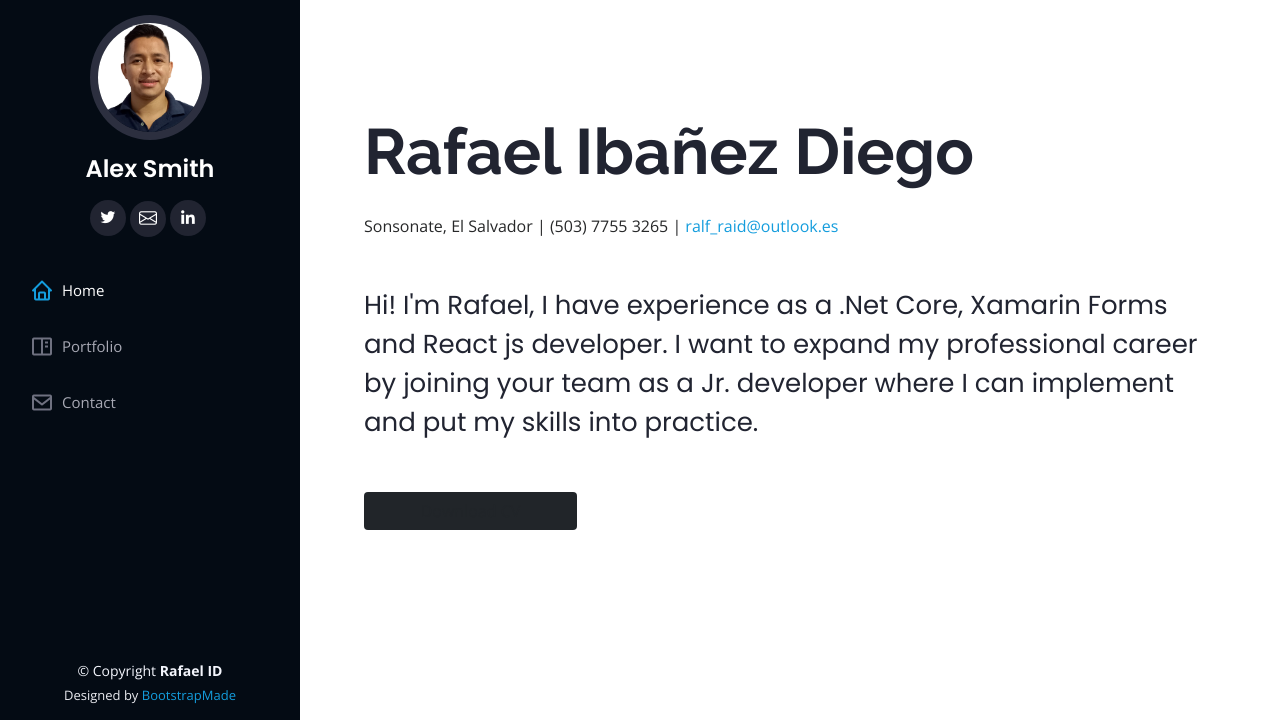
Repository: ralfId/myportfolio
Page: /
These files come from the project's save history. The page is drawn as it stood at one moment and after the next save; the edit follows.
The browser window is 1280 px wide. The pictures show the whole page.
The project was rebuilt for these pictures with package versions that can differ from the ones it lists, and the page was loaded fresh each time. Also part of the build but not shown: src/data/projects.js, src/components/Projects/ProjectItem.js, src/components/Projects/ProjectIndex.js, src/helpers/ProjectById.js, src/components/Projects/ProjectDetail.js.

Above is the page before, as saved 2021-09-20 16:07:40.

### public/index.html
<!DOCTYPE html>
<html lang="en">

<head>
  <meta charset="utf-8" />
  <link rel="icon" href="%PUBLIC_URL%/favicon.ico" />
  <meta name="viewport" content="width=device-width, initial-scale=1" />
  <meta name="theme-color" content="#000000" />
  <meta name="description" content="Web site created using create-react-app" />
  <link rel="apple-touch-icon" href="%PUBLIC_URL%/logo192.png" />
  <link rel="manifest" href="%PUBLIC_URL%/manifest.json" />

  <!-- Google Fonts -->
  <link
    href="https://fonts.googleapis.com/css?family=Open+Sans:300,300i,400,400i,600,600i,700,700i|Raleway:300,300i,400,400i,500,500i,600,600i,700,700i|Poppins:300,300i,400,400i,500,500i,600,600i,700,700i"
    rel="stylesheet">

  <!-- Vendor CSS Files -->
  <link href="vendor/aos/aos.css" rel="stylesheet">
  <link href="vendor/bootstrap/css/bootstrap.min.css" rel="stylesheet">
  <link href="vendor/bootstrap-icons/bootstrap-icons.css" rel="stylesheet">
  <link href="vendor/boxicons/css/boxicons.min.css" rel="stylesheet">
  <link href="vendor/glightbox/css/glightbox.min.css" rel="stylesheet">
  <link href="vendor/swiper/swiper-bundle.min.css" rel="stylesheet">

  <!-- Template Main CSS File -->
  <link href="css/style.css" rel="stylesheet">
  <title>React App</title>

  <!-- =======================================================
  * Template Name: iPortfolio - v3.3.0
  * Template URL: https://bootstrapmade.com/iportfolio-bootstrap-portfolio-websites-template/
  * Author: BootstrapMade.com
  * License: https://bootstrapmade.com/license/
  ======================================================== -->
</head>

<body>
  <noscript>You need to enable JavaScript to run this app.</noscript>
  <div id="root"></div>
  <!--
      This HTML file is a template.
      If you open it directly in the browser, you will see an empty page.

      You can add webfonts, meta tags, or analytics to this file.
      The build step will place the bundled scripts into the <body> tag.

      To begin the development, run `npm start` or `yarn start`.
      To create a production bundle, use `npm run build` or `yarn build`.
    -->
 <!-- Vendor JS Files -->
 <script src="vendor/aos/aos.js" type="text/javascript"></script>
 <script src="vendor/bootstrap/js/bootstrap.bundle.min.js" type="text/javascript"></script>
 <script src="vendor/glightbox/js/glightbox.min.js" type="text/javascript"></script>
 <script src="vendor/isotope-layout/isotope.pkgd.min.js" type="text/javascript"></script>
 <script src="vendor/php-email-form/validate.js" type="text/javascript"></script>
 <script src="vendor/purecounter/purecounter.js" type="text/javascript"></script>
 <script src="vendor/swiper/swiper-bundle.min.js" type="text/javascript"></script>
 <script src="vendor/typed.js/typed.min.js" type="text/javascript"></script>
 <script src="vendor/waypoints/noframework.waypoints.js" type="text/javascript"></script>

 <!-- Template Main JS File -->
 <script src="js/main.js" type="text/javascript"></script>

</body>

</html>

### src/Portfolio.js
import React from 'react';
import { AppRouter } from './routers/AppRouter';

export const Portfolio = () => {


    return (
        <AppRouter />
    )
}

### src/routers/AppRouter.js
import React from "react";
import {
    BrowserRouter as Router,
    Switch,
    Route,
    Redirect
} from "react-router-dom";

import { Home } from "../components/Home";
import { Nav } from "../components/Nav";
import { ProjectIndex } from "../components/Projects/ProjectIndex";
import {ProjectDetail} from "../components/Projects/ProjectDetail"
import { Footer } from "../components/Footer";


export const AppRouter = () => {
    return (
        <Router>
            <Nav />
            <div id="main" >
                <Switch>
                    <Route exact path="/index" component={Home} />
                    {/* <Route exact path="/about" component={About}/> */}
                    <Route exact path="/portfolio" component={ProjectIndex} />
                    <Route exact path="/item/:Id" component={ProjectDetail} />
                    <Redirect to="/index" />
                </Switch>
            </div>
            <Footer/>
        </Router>
    )
}

### src/components/Footer.js
import React from 'react';

export const Footer = ()=>{
    return(

      <footer id="footer">
      <div className="container">
        <div className="copyright">
          &copy; Copyright <strong><span>Rafael ID</span></strong>
        </div>
        <div className="credits"> Designed by <a href="https://bootstrapmade.com/">BootstrapMade</a>
        </div>
      </div>
    </footer>
    )
}

### public/css/style.css
/**
* Template Name: iPortfolio - v3.3.0
* Template URL: https://bootstrapmade.com/iportfolio-bootstrap-portfolio-websites-template/
* Author: BootstrapMade.com
* License: https://bootstrapmade.com/license/
*/

/*--------------------------------------------------------------
# General
--------------------------------------------------------------*/
body {
  font-family: "Open Sans", sans-serif;
  color: #272829;
}

a {
  color: #149ddd;
  text-decoration: none;
}

a:hover {
  color: #37b3ed;
  text-decoration: none;
}

h1, h2, h3, h4, h5, h6 {
  font-family: "Raleway", sans-serif;
}

/*--------------------------------------------------------------
# Back to top button
--------------------------------------------------------------*/
.back-to-top {
  position: fixed;
  visibility: hidden;
  opacity: 0;
  right: 15px;
  bottom: 15px;
  z-index: 996;
  background: #149ddd;
  width: 40px;
  height: 40px;
  border-radius: 50px;
  transition: all 0.4s;
}

.back-to-top i {
  font-size: 28px;
  color: #fff;
  line-height: 0;
}

.back-to-top:hover {
  background: #2eafec;
  color: #fff;
}

.back-to-top.active {
  visibility: visible;
  opacity: 1;
}

/*--------------------------------------------------------------
# Header
--------------------------------------------------------------*/
#header {
  position: fixed;
  top: 0;
  left: 0;
  bottom: 0;
  width: 300px;
  transition: all ease-in-out 0.5s;
  z-index: 9997;
  transition: all 0.5s;
  padding: 0 15px;
  background: #040b14;
  overflow-y: auto;
}

#header .profile img {
  margin: 15px auto;
  display: block;
  width: 120px;
  border: 8px solid #2c2f3f;
}

#header .profile h1 {
  font-size: 24px;
  margin: 0;
  padding: 0;
  font-weight: 600;
  -moz-text-align-last: center;
  text-align-last: center;
  font-family: "Poppins", sans-serif;
}

#header .profile h1 a, #header .profile h1 a:hover {
  color: #fff;
  text-decoration: none;
}

#header .profile .social-links a {
  font-size: 18px;
  display: inline-block;
  background: #212431;
  color: #fff;
  line-height: 1;
  padding: 8px 0;
  margin-right: 4px;
  border-radius: 50%;
  text-align: center;
  width: 36px;
  height: 36px;
  transition: 0.3s;
}

#header .profile .social-links a:hover {
  background: #149ddd;
  color: #fff;
  text-decoration: none;
}

#main {
  margin-left: 300px;
}

@media (max-width: 1199px) {
  #header {
    left: -300px;
  }
  #main {
    margin-left: 0;
  }
}

/*--------------------------------------------------------------
# Navigation Menu
--------------------------------------------------------------*/
/* Desktop Navigation */
.nav-menu {
  padding: 30px 0 0 0;
}

.nav-menu * {
  margin: 0;
  padding: 0;
  list-style: none;
}

.nav-menu > ul > li {
  position: relative;
  white-space: nowrap;
}

.nav-menu a, .nav-menu a:focus {
  display: flex;
  align-items: center;
  color: #a8a9b4;
  padding: 12px 15px;
  margin-bottom: 8px;
  transition: 0.3s;
  font-size: 15px;
}

.nav-menu a i, .nav-menu a:focus i {
  font-size: 24px;
  padding-right: 8px;
  color: #6f7180;
}

.nav-menu a:hover, .nav-menu .active, .nav-menu .active:focus, .nav-menu li:hover > a {
  text-decoration: none;
  color: #fff;
}

.nav-menu a:hover i, .nav-menu .active i, .nav-menu .active:focus i, .nav-menu li:hover > a i {
  color: #149ddd;
}

/* Mobile Navigation */
.mobile-nav-toggle {
  position: fixed;
  right: 15px;
  top: 15px;
  z-index: 9998;
  border: 0;
  font-size: 24px;
  transition: all 0.4s;
  outline: none !important;
  background-color: #149ddd;
  color: #fff;
  width: 40px;
  height: 40px;
  display: inline-flex;
  align-items: center;
  justify-content: center;
  line-height: 0;
  border-radius: 50px;
  cursor: pointer;
}

.mobile-nav-active {
  overflow: hidden;
}

.mobile-nav-active #header {
  left: 0;
}

/*--------------------------------------------------------------
# Hero Section
--------------------------------------------------------------*/
#hero {
  width: 100%;
  height: 100vh;
  /* background: url("../img/hero-bg.jpg") top center; */
  background-size: cover;

}

/* #hero:before {
  content: "";
  /* background: rgba(5, 13, 24, 0.3); */
  /* position: absolute;
  bottom: 0;
  top: 0;
  left: 0;
  right: 0;
  z-index: 1;
} */ */

#hero .hero-container {
  position: relative;
  z-index: 2;
  min-width: 300px;
}

#hero h1 {
  margin: 0 0 10px 0;
  font-size: 64px;
  font-weight: 700;
  line-height: 56px;
  color: #212431;
}

#hero p {
  color: #212431;
  margin-bottom: 50px;
  font-size: 26px;
  font-family: "Poppins", sans-serif;
}

#hero p span {
  color: #212431;
  padding-bottom: 4px;
  letter-spacing: 1px;
  border-bottom: 3px solid #149ddd;
}

@media (min-width: 1024px) {
  #hero {
    background-attachment: fixed;
  }
}

@media (max-width: 768px) {
  #hero h1 {
    font-size: 28px;
    line-height: 36px;
  }
  #hero h2 {
    font-size: 18px;
    line-height: 24px;
    margin-bottom: 30px;
  }
}

/*--------------------------------------------------------------
# Sections General
--------------------------------------------------------------*/
section {
  padding: 60px 0;
  overflow: hidden;
}

.section-bg {
  background: #f5f8fd;
}

.section-title {
  padding-bottom: 30px;
}

.section-title h2 {
  font-size: 32px;
  font-weight: bold;
  margin-bottom: 20px;
  padding-bottom: 20px;
  position: relative;
  color: #173b6c;
}

.section-title h2::after {
  content: '';
  position: absolute;
  display: block;
  width: 50px;
  height: 3px;
  background: #149ddd;
  bottom: 0;
  left: 0;
}

.section-title p {
  margin-bottom: 0;
}

/*--------------------------------------------------------------
# About
--------------------------------------------------------------*/
.about .content h3 {
  font-weight: 700;
  font-size: 26px;
  color: #173b6c;
}

.about .content ul {
  list-style: none;
  padding: 0;
}

.about .content ul li {
  margin-bottom: 20px;
  display: flex;
  align-items: center;
}

.about .content ul strong {
  margin-right: 10px;
}

.about .content ul i {
  font-size: 16px;
  margin-right: 5px;
  color: #149ddd;
  line-height: 0;
}

.about .content p:last-child {
  margin-bottom: 0;
}

/*--------------------------------------------------------------
# Facts
--------------------------------------------------------------*/
.facts {
  padding-bottom: 30px;
}

.facts .count-box {
  padding: 30px;
  width: 100%;
}

.facts .count-box i {
  display: block;
  font-size: 44px;
  color: #149ddd;
  float: left;
  line-height: 0;
}

.facts .count-box span {
  font-size: 48px;
  line-height: 40px;
  display: block;
  font-weight: 700;
  color: #050d18;
  margin-left: 60px;
}

.facts .count-box p {
  padding: 15px 0 0 0;
  margin: 0 0 0 60px;
  font-family: "Raleway", sans-serif;
  font-size: 14px;
  color: #122f57;
}

.facts .count-box a {
  font-weight: 600;
  display: block;
  margin-top: 20px;
  color: #122f57;
  font-size: 15px;
  font-family: "Poppins", sans-serif;
  transition: ease-in-out 0.3s;
}

.facts .count-box a:hover {
  color: #1f5297;
}

/*--------------------------------------------------------------
# Akills
--------------------------------------------------------------*/
.skills .progress {
  height: 60px;
  display: block;
  background: none;
  border-radius: 0;
}

.skills .progress .skill {
  padding: 0;
  margin: 0 0 6px 0;
  text-transform: uppercase;
  display: block;
  font-weight: 600;
  font-family: "Poppins", sans-serif;
  color: #050d18;
}

.skills .progress .skill .val {
  float: right;
  font-style: normal;
}

.skills .progress-bar-wrap {
  background: #dce8f8;
  height: 10px;
}

.skills .progress-bar {
  width: 1px;
  height: 10px;
  transition: .9s;
  background-color: #149ddd;
}

/*--------------------------------------------------------------
# Resume
--------------------------------------------------------------*/
.resume .resume-title {
  font-size: 26px;
  font-weight: 700;
  margin-top: 20px;
  margin-bottom: 20px;
  color: #050d18;
}

.resume .resume-item {
  padding: 0 0 20px 20px;
  margin-top: -2px;
  border-left: 2px solid #1f5297;
  position: relative;
}

.resume .resume-item h4 {
  line-height: 18px;
  font-size: 18px;
  font-weight: 600;
  text-transform: uppercase;
  font-family: "Poppins", sans-serif;
  color: #050d18;
  margin-bottom: 10px;
}

.resume .resume-item h5 {
  font-size: 16px;
  background: #e4edf9;
  padding: 5px 15px;
  display: inline-block;
  font-weight: 600;
  margin-bottom: 10px;
}

.resume .resume-item ul {
  padding-left: 20px;
}

.resume .resume-item ul li {
  padding-bottom: 10px;
}

.resume .resume-item:last-child {
  padding-bottom: 0;
}

.resume .resume-item::before {
  content: "";
  position: absolute;
  width: 16px;
  height: 16px;
  border-radius: 50px;
  left: -9px;
  top: 0;
  background: #fff;
  border: 2px solid #1f5297;
}

/*--------------------------------------------------------------
# Portfolio
--------------------------------------------------------------*/
.portfolio .portfolio-item {
  margin-bottom: 1rem;
}

.portfolio #portfolio-flters {
  padding: 0;
  margin: 0 auto 35px auto;
  list-style: none;
  text-align: center;
  background: #fff;
  border-radius: 50px;
  padding: 2px 15px;
}

.portfolio #portfolio-flters li {
  cursor: pointer;
  display: inline-block;
  padding: 10px 15px 8px 15px;
  font-size: 14px;
  font-weight: 600;
  line-height: 1;
  text-transform: uppercase;
  color: #272829;
  margin-bottom: 5px;
  transition: all 0.3s ease-in-out;
}

.portfolio #portfolio-flters li:hover, .portfolio #portfolio-flters li.filter-active {
  color: #149ddd;
}

.portfolio #portfolio-flters li:last-child {
  margin-right: 0;
}

.portfolio .portfolio-wrap {
  transition: 0.3s;
  position: relative;
  overflow: hidden;
  z-index: 1;
}

/* .portfolio .portfolio-wrap::before {
  content: "";
  position: absolute;
  left: 0;
  right: 0;
  top: 0;
  bottom: 0;
  transition: all ease-in-out 0.3s;
  z-index: 2;
  opacity: 0;
} */

.portfolio .portfolio-wrap:hover img {
  transform: scale(1.3);
  transition: all 1s;
  display: block;
  overflow: hidden;
}

.portfolio .portfolio-wrap .portfolio-links {
  opacity: 1;
  left: 0;
  right: 0;
  bottom: -60px;
  z-index: 3;
  position: absolute;
  transition: all ease-in-out 0.3s;
  display: flex;
  justify-content: center;
}

.portfolio .portfolio-wrap .portfolio-links a {
  color: #fff;
  font-size: 28px;
  text-align: center;
  background: rgba(20, 157, 221, 0.75);
  transition: 0.3s;
  width: 50%;
}

.portfolio .portfolio-wrap .portfolio-links a:hover {
  background: rgba(20, 157, 221, 0.95);
}

.portfolio .portfolio-wrap .portfolio-links a + a {
  border-left: 1px solid #37b3ed;
}

.portfolio .portfolio-wrap:hover::before {
  top: 0;
  left: 0;
  right: 0;
  bottom: 0;
  opacity: 1;
}

.portfolio .portfolio-wrap:hover .portfolio-links {
  opacity: 1;
  bottom: 0;
}

/*--------------------------------------------------------------
# Portfolio Details
--------------------------------------------------------------*/
/* .portfolio-details {
  padding-top: 10px;
} */

.portfolio-details .portfolio-details-slider img {
  width: 100%;
}

.portfolio-details .portfolio-details-slider .swiper-pagination {
  margin-top: 20px;
  position: relative;
}

.portfolio-details .portfolio-details-slider .swiper-pagination .swiper-pagination-bullet {
  width: 12px;
  height: 12px;
  background-color: #fff;
  opacity: 1;
  border: 1px solid #149ddd;
}

.portfolio-details .portfolio-details-slider .swiper-pagination .swiper-pagination-bullet-active {
  background-color: #149ddd;
}

.portfolio-details .portfolio-info {
  padding: 30px;
  box-shadow: 0px 0 30px rgba(5, 13, 24, 0.08);
}

.portfolio-details .portfolio-info h3 {
  font-size: 22px;
  font-weight: 700;
  margin-bottom: 20px;
  padding-bottom: 20px;
  border-bottom: 1px solid #eee;
}

.portfolio-details .portfolio-info ul {
  list-style: none;
  padding: 0;
  font-size: 15px;
}

.portfolio-details .portfolio-info ul li + li {
  margin-top: 10px;
}

.portfolio-details .portfolio-description {
  padding-top: 30px;
}

.portfolio-details .portfolio-description h2 {
  font-size: 26px;
  font-weight: 700;
  margin-bottom: 20px;
}

.portfolio-details .portfolio-description p {
  padding: 0;
}

/*--------------------------------------------------------------
# Services
--------------------------------------------------------------*/
.services .icon-box {
  margin-bottom: 20px;
}

.services .icon {
  float: left;
  display: flex;
  align-items: center;
  justify-content: center;
  width: 54px;
  height: 54px;
  background: #149ddd;
  border-radius: 50%;
  transition: 0.5s;
  border: 1px solid #149ddd;
}

.services .icon i {
  color: #fff;
  font-size: 24px;
  line-height: 0;
}

.services .icon-box:hover .icon {
  background: #fff;
}

.services .icon-box:hover .icon i {
  color: #149ddd;
}

.services .title {
  margin-left: 80px;
  font-weight: 700;
  margin-bottom: 15px;
  font-size: 18px;
}

.services .title a {
  color: #343a40;
}

.services .title a:hover {
  color: #149ddd;
}

.services .description {
  margin-left: 80px;
  line-height: 24px;
  font-size: 14px;
}

/*--------------------------------------------------------------
# Testimonials
--------------------------------------------------------------*/
.testimonials .testimonial-item {
  box-sizing: content-box;
  text-align: center;
  min-height: 320px;
}

.testimonials .testimonial-item .testimonial-img {
  width: 90px;
  border-radius: 50%;
  margin: 0 auto;
}

.testimonials .testimonial-item h3 {
  font-size: 18px;
  font-weight: bold;
  margin: 10px 0 5px 0;
  color: #111;
}

.testimonials .testimonial-item h4 {
  font-size: 14px;
  color: #999;
  margin: 0;
}

.testimonials .testimonial-item .quote-icon-left, .testimonials .testimonial-item .quote-icon-right {
  color: #c3e8fa;
  font-size: 26px;
}

.testimonials .testimonial-item .quote-icon-left {
  display: inline-block;
  left: -5px;
  position: relative;
}

.testimonials .testimonial-item .quote-icon-right {
  display: inline-block;
  right: -5px;
  position: relative;
  top: 10px;
}

.testimonials .testimonial-item p {
  font-style: italic;
  margin: 0 15px 15px 15px;
  padding: 20px;
  background: #fff;
  position: relative;
  margin-bottom: 35px;
  border-radius: 6px;
  box-shadow: 0px 2px 15px rgba(0, 0, 0, 0.1);
}

.testimonials .testimonial-item p::after {
  content: "";
  width: 0;
  height: 0;
  border-top: 20px solid #fff;
  border-right: 20px solid transparent;
  border-left: 20px solid transparent;
  position: absolute;
  bottom: -20px;
  left: calc(50% - 20px);
}

.testimonials .swiper-pagination {
  margin-top: 20px;
  position: relative;
}

.testimonials .swiper-pagination .swiper-pagination-bullet {
  width: 12px;
  height: 12px;
  background-color: #fff;
  opacity: 1;
  border: 1px solid #149ddd;
}

.testimonials .swiper-pagination .swiper-pagination-bullet-active {
  background-color: #149ddd;
}

/*--------------------------------------------------------------
# Contact
--------------------------------------------------------------*/
.contact {
  padding-bottom: 130px;
}

.contact .info {
  padding: 30px;
  background: #fff;
  width: 100%;
  box-shadow: 0 0 24px 0 rgba(0, 0, 0, 0.12);
}

.contact .info i {
  font-size: 20px;
  color: #149ddd;
  float: left;
  width: 44px;
  height: 44px;
  background: #dff3fc;
  display: flex;
  justify-content: center;
  align-items: center;
  border-radius: 50px;
  transition: all 0.3s ease-in-out;
}

.contact .info h4 {
  padding: 0 0 0 60px;
  font-size: 22px;
  font-weight: 600;
  margin-bottom: 5px;
  color: #050d18;
}

.contact .info p {
  padding: 0 0 10px 60px;
  margin-bottom: 20px;
  font-size: 14px;
  color: #173b6c;
}

.contact .info .email p {
  padding-top: 5px;
}

.contact .info .social-links {
  padding-left: 60px;
}

.contact .info .social-links a {
  font-size: 18px;
  display: inline-block;
  background: #333;
  color: #fff;
  line-height: 1;
  padding: 8px 0;
  border-radius: 50%;
  text-align: center;
  width: 36px;
  height: 36px;
  transition: 0.3s;
  margin-right: 10px;
}

.contact .info .social-links a:hover {
  background: #149ddd;
  color: #fff;
}

.contact .info .email:hover i, .contact .info .address:hover i, .contact .info .phone:hover i {
  background: #149ddd;
  color: #fff;
}

.contact .php-email-form {
  width: 100%;
  padding: 30px;
  background: #fff;
  box-shadow: 0 0 24px 0 rgba(0, 0, 0, 0.12);
}

.contact .php-email-form .form-group {
  padding-bottom: 8px;
}

.contact .php-email-form .validate {
  display: none;
  color: red;
  margin: 0 0 15px 0;
  font-weight: 400;
  font-size: 13px;
}

.contact .php-email-form .error-message {
  display: none;
  color: #fff;
  background: #ed3c0d;
  text-align: left;
  padding: 15px;
  font-weight: 600;
}

.contact .php-email-form .error-message br + br {
  margin-top: 25px;
}

.contact .php-email-form .sent-message {
  display: none;
  color: #fff;
  background: #18d26e;
  text-align: center;
  padding: 15px;
  font-weight: 600;
}

.contact .php-email-form .loading {
  display: none;
  background: #fff;
  text-align: center;
  padding: 15px;
}

.contact .php-email-form .loading:before {
  content: "";
  display: inline-block;
  border-radius: 50%;
  width: 24px;
  height: 24px;
  margin: 0 10px -6px 0;
  border: 3px solid #18d26e;
  border-top-color: #eee;
  -webkit-animation: animate-loading 1s linear infinite;
  animation: animate-loading 1s linear infinite;
}

.contact .php-email-form .form-group {
  margin-bottom: 15px;
}

.contact .php-email-form label {
  padding-bottom: 8px;
}

.contact .php-email-form input, .contact .php-email-form textarea {
  border-radius: 0;
  box-shadow: none;
  font-size: 14px;
}

.contact .php-email-form input {
  height: 44px;
}

.contact .php-email-form textarea {
  padding: 10px 15px;
}

.contact .php-email-form button[type="submit"] {
  background: #149ddd;
  border: 0;
  padding: 10px 24px;
  color: #fff;
  transition: 0.4s;
  border-radius: 4px;
}

.contact .php-email-form button[type="submit"]:hover {
  background: #37b3ed;
}

@-webkit-keyframes animate-loading {
  0% {
    transform: rotate(0deg);
  }
  100% {
    transform: rotate(360deg);
  }
}

@keyframes animate-loading {
  0% {
    transform: rotate(0deg);
  }
  100% {
    transform: rotate(360deg);
  }
}

/*--------------------------------------------------------------
# Breadcrumbs
--------------------------------------------------------------*/
.breadcrumbs section{
padding-top: 10;
}
.breadcrumbs {
  padding-top: 20px;
  background: #f9f9f9;
}

.breadcrumbs h2 {
  font-size: 26px;
  font-weight: 600;
}

.breadcrumbs ol {
  display: flex;
  flex-wrap: wrap;
  list-style: none;
  padding: 0;
  margin: 0;
  font-size: 15px;
}

.breadcrumbs ol li + li {
  padding-left: 10px;
}

.breadcrumbs ol li + li::before {
  display: inline-block;
  padding-right: 10px;
  color: #0e2442;
  content: "/";
}

@media (max-width: 768px) {
  .breadcrumbs .d-flex {
    display: block !important;
  }
  .breadcrumbs ol {
    display: block;
  }
  .breadcrumbs ol li {
    display: inline-block;
  }
}

/*--------------------------------------------------------------
# Footer
--------------------------------------------------------------*/
#footer {
  padding: 15px;
  color: #f4f6fd;
  font-size: 14px;
  position: fixed;
  left: 0;
  bottom: 0;
  width: 300px;
  z-index: 9999;
  background: #040b14;
}

#footer .copyright {
  text-align: center;
}

#footer .credits {
  padding-top: 5px;
  text-align: center;
  font-size: 13px;
  color: #eaebf0;
}

@media (max-width: 1199px) {
  #footer {
    position: static;
    width: auto;
    padding-right: 20px 15px;
  }
}

Loaded but not shown: src/index.js (common file); public/vendor/aos/aos.css (library); public/vendor/bootstrap/css/bootstrap.min.css (library); public/vendor/bootstrap-icons/bootstrap-icons.css (library); public/vendor/boxicons/css/boxicons.min.css (library); public/vendor/glightbox/css/glightbox.min.css (library); public/vendor/swiper/swiper-bundle.min.css (library); public/vendor/aos/aos.js (library); public/vendor/bootstrap/js/bootstrap.bundle.min.js (library); public/vendor/glightbox/js/glightbox.min.js (library); public/vendor/isotope-layout/isotope.pkgd.min.js (library); public/vendor/php-email-form/validate.js (common file); public/vendor/purecounter/purecounter.js (library); public/vendor/swiper/swiper-bundle.min.js (library); public/vendor/typed.js/typed.min.js (library); public/vendor/waypoints/noframework.waypoints.js (library); public/js/main.js (267 lines, source omitted); src/components/Nav.js (47 lines, source omitted); src/components/Home.js (30 lines, source omitted)

After the next save:
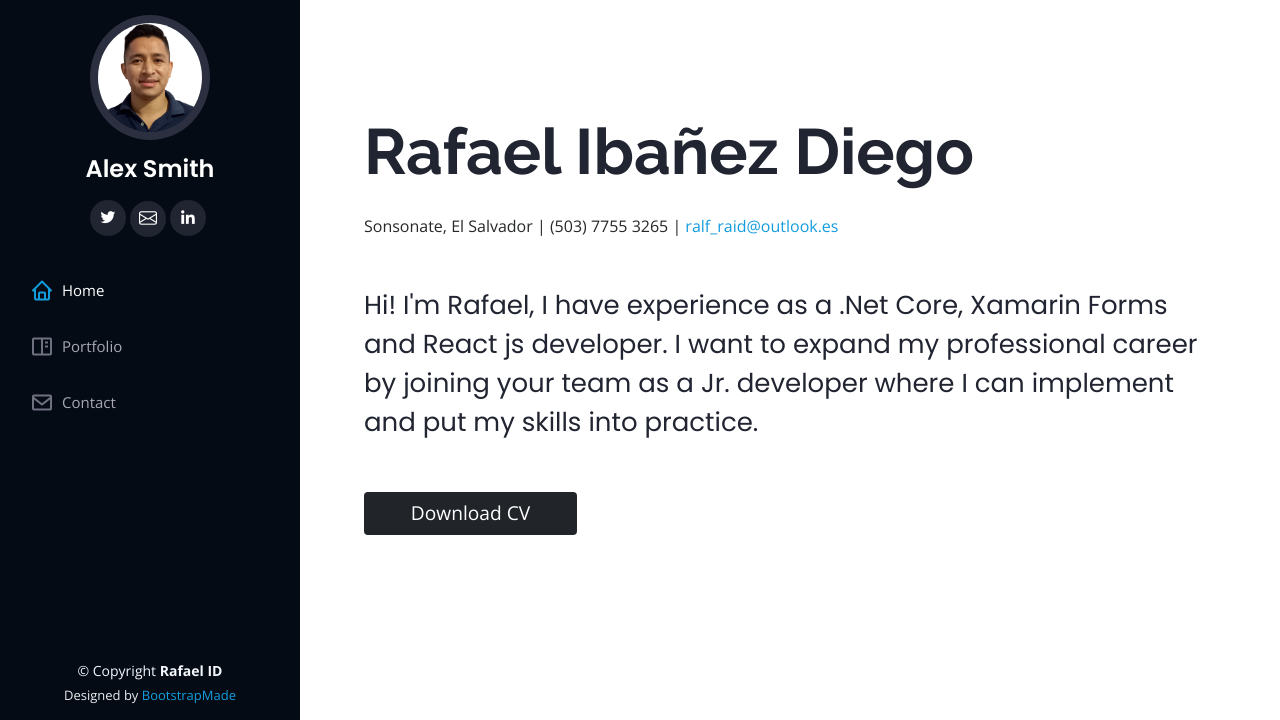
Saved 111 s later.
--- a/public/css/style.css
+++ b/public/css/style.css
@@ -256,6 +256,11 @@ h1, h2, h3, h4, h5, h6 {
   letter-spacing: 1px;
   border-bottom: 3px solid #149ddd;
 }
+#hero button{
+  background-color: #212431;
+  color: #fff;
+  font-size: 1.2rem;
+}
 
 @media (min-width: 1024px) {
   #hero {
